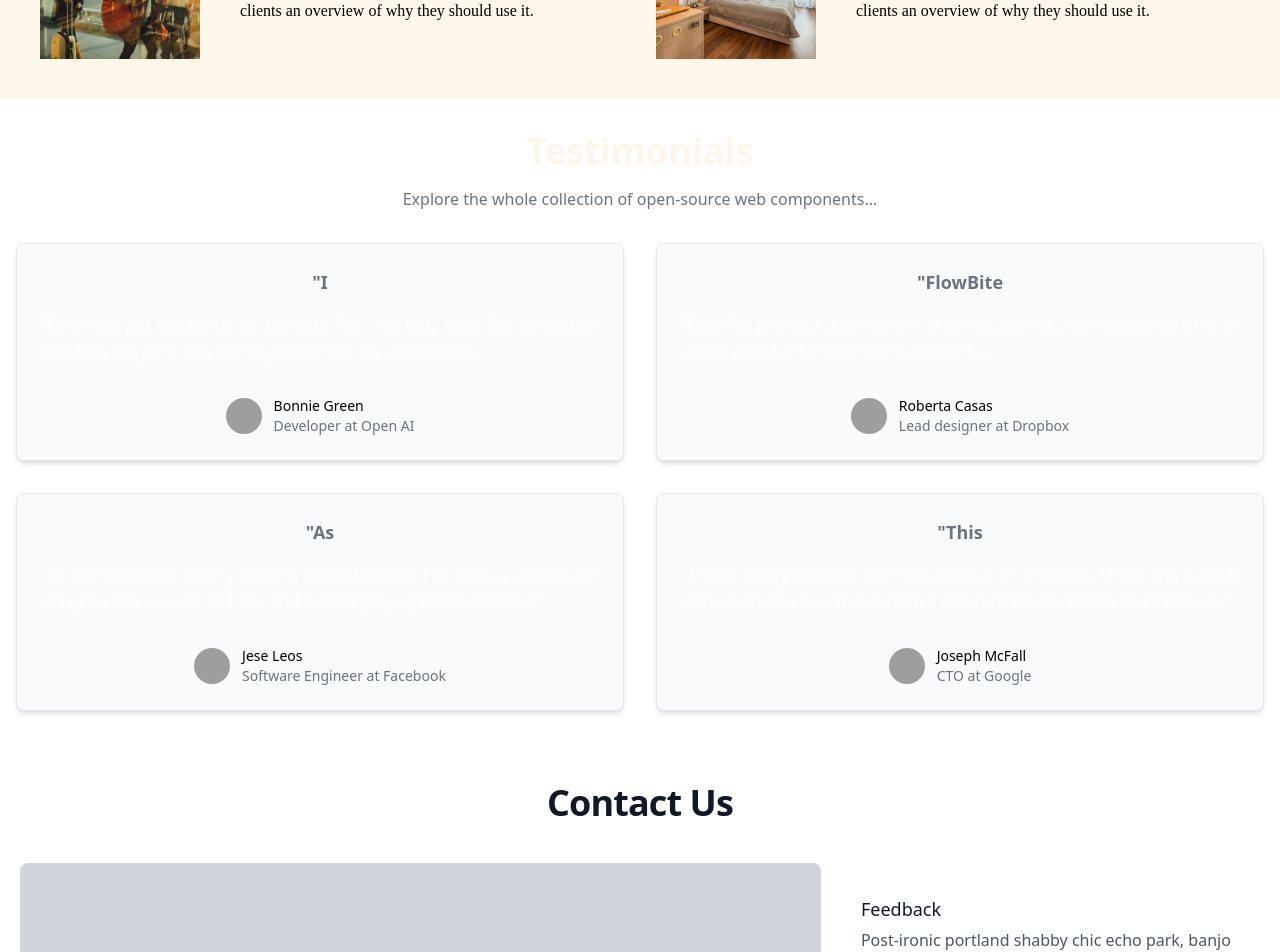
Repository: prabeshsitaula07/greatnepalholidays
Page: / (app in frontend/)
The author's editor kept a copy of each file at every save. The page is drawn from the files as they stood at one save, then again after a run of saves.
The browser window is 1280 px wide. The pictures show the part of the page from y = 3601 to 4553 px (the page is 7245 px tall).
Pictures or frames that could not be fetched are drawn as grey boxes. Some web fonts or font styles are not loaded; a fallback is used. The project was rebuilt for these pictures with package versions that can differ from the ones it lists, and the page was loaded fresh each time. Also part of the build but not shown: frontend/vite.config.ts. Imported but missing from the stored project, and not drawn on this page: frontend/src/assets/bgvideo.mp4.

Above is the page before, as saved 2024-11-23 11:25:34.

### frontend/index.html
<!doctype html>
<html lang="en">
  <head>
    <meta charset="UTF-8" />
    <link rel="icon" type="image/svg+xml" href="/icon.png" />
    <meta name="viewport" content="width=device-width, initial-scale=1.0" />
    <title>Vite + React + TS</title>
  </head>
  <body>
    <div id="root"></div>
    <script type="module" src="/src/main.tsx"></script>
  </body>
</html>

### frontend/src/index.css
@import url('https://fonts.googleapis.com/css2?family=Arima:wght@100..700&family=Parkinsans:wght@300..800&display=swap');

@tailwind base;
@tailwind components;
@tailwind utilities;

### frontend/src/App.tsx
import { BrowserRouter as Router, Routes, Route } from 'react-router-dom';
import Navbar from "./components/Navbar/Navbar";
import Home from "./components/Home/Home";
// import About from "./components/About/About"; // Example of another page
import Footer from "./components/Footer/Footer"; // Assuming you have a Footer component

export default function App() {
  return (
    <Router>
      <Navbar />  {/* Navbar is always visible */}
      <Routes>
        <Route path="/" element={<Home />} />
      </Routes>
      <Footer />
    </Router>
  );
}

### frontend/src/components/Navbar/Navbar.tsx
import { Link } from 'react-router-dom';
import { useState, useEffect } from 'react';
import { FaPhone, FaEnvelope } from 'react-icons/fa';
import logo1 from '../../assets/logo1.png';
import logo2 from '../../assets/logo2.png';

export default function Navbar() {
    const [isScrolled, setIsScrolled] = useState(false);

    // Detect scroll and update navbar background and position
    useEffect(() => {
        const handleScroll = () => {
            if (window.scrollY > 50) {
                setIsScrolled(true);  // Fix the navbar to the top when scrolled past 50px
            } else {
                setIsScrolled(false); // Keep the navbar in normal flow when at the top
            }
        };

        window.addEventListener('scroll', handleScroll);

        // Clean up the event listener on component unmount
        return () => {
            window.removeEventListener('scroll', handleScroll);
        };
    }, []);

    return (
        <>
            <div className='w-full bg-darktheme flex gap-10 px-10 py-2'>
                <span className='text-white flex items-center'>
                    <FaPhone className="mr-2" /> 0988848484
                </span>
                <span className='text-white flex items-center'>
                    <FaEnvelope className="mr-2" /> xyz@gmail.com
                </span>
            </div>

            <header
                className={`text-black body-font w-full z-20 transition-all duration-300 ${isScrolled ? 'fixed top-0 bg-white shadow-md' : 'bg-[#2f3c5ae8] text-white'}`}
            >

                <div className="container mx-auto flex flex-wrap p-5 flex-col md:flex-row items-center">
                    <div className="flex title-font font-medium items-center mb-4 md:mb-0 gap-10">
                        <Link to='/'>
                            <img src={logo1} alt="" className='h-14 w-auto' />
                        </Link>
                        <Link to='/'>
                            <img src={logo2} alt="" className='h-14 w-auto' />
                        </Link>
                    </div>
                    <nav className="md:ml-auto flex flex-wrap items-center justify-center text-lg">
                        <Link to='' className="mr-5 hover:text-orange">Home</Link>
                        <Link to='' className="mr-5 hover:text-orange">About Us</Link>
                        <Link to='' className="mr-5 hover:text-orange">Services</Link>
                        <Link to='' className="mr-5 hover:text-orange">Packages</Link>
                        <Link to='' className="mr-5 hover:text-orange">Activities</Link>
                        <Link to='' className="mr-5 hover:text-orange">Blogs</Link>
                    </nav>
                    <button className="inline-flex items-center text-primary bg-darkorange border border-darkorange py-1 px-3 focus:outline-none hover:bg-primary text-lg hover:text-darkorange rounded mt-4 md:mt-0">
                        Download Visa CheckList
                    </button>
                </div>
            </header>
        </>
    );
}

### frontend/src/components/Home/Home.tsx
import bgvideo from '../../assets/bgvideo.mp4';
import Contact from "../Contact/Contact";
import Gallery from "../AboutUs/Gallery";
import InternationalPackage from "../Package/InternationalPackage";
import NepalPackage from "../Package/NepalPackage";
import TripHandling from '../Services/TripHandling';
import Team from "../Team/Team";
import Testimonial from "../Testimonial/Testimonial";
import Activities from '../Package/Activities';

export default function Home() {
  return (
    <>
      <div className="relative w-full h-screen">
      {/* Video Background */}
      <video
        autoPlay
        loop
        muted
        className="absolute inset-0 w-full h-full object-cover"
      >
        <source
          src={bgvideo}
          type="video/mp4"
        />
        Your browser does not support the video tag.
      </video>

      {/* Dark Overlay */}
      <div
        className="absolute inset-0 bg-black opacity-50"
        style={{ backgroundColor: 'rgba(0, 0, 0, 0.5)' }} // Adjust opacity for darkness
      ></div>

      {/* Content over the video */}
      <div className="relative z-10 flex items-center justify-center w-full h-full">
        <h1 className="text-white text-6xl font-bold">Welcome to My Website</h1>
      </div>
    </div>
      <Activities />
      <div className='bg-primary'>
      <InternationalPackage />
      </div>
      <NepalPackage />
      <TripHandling />
      <Testimonial />
      <Contact />
      <Team />
      <Gallery />

    </>
  )
}

### frontend/src/components/AboutUs/Gallery.tsx
export default function Gallery() {
  return (
 <>
 <section className="text-gray-600 body-font">
 <h2 className="mt-10 text-4xl tracking-tight font-extrabold text-gray-900 dark:text-black text-center">Gallery</h2>
  <div className="container px-5 py-24 mx-auto flex flex-wrap">
    <div className="flex w-full mb-20 flex-wrap">
      <h1 className="sm:text-3xl text-2xl font-medium title-font text-gray-900 lg:w-1/3 lg:mb-0 mb-4">Master Cleanse Reliac Heirloom</h1>
      <p className="lg:pl-6 lg:w-2/3 mx-auto leading-relaxed text-base">Whatever cardigan tote bag tumblr hexagon brooklyn asymmetrical gentrify, subway tile poke farm-to-table. Franzen you probably haven't heard of them man bun deep jianbing selfies heirloom.</p>
    </div>
    <div className="flex flex-wrap md:-m-2 -m-1">
      <div className="flex flex-wrap w-1/2">
        <div className="md:p-2 p-1 w-1/2">
          <img alt="gallery" className="w-full object-cover h-full object-center block" src="https://dummyimage.com/500x300" />
        </div>
        <div className="md:p-2 p-1 w-1/2">
          <img alt="gallery" className="w-full object-cover h-full object-center block" src="https://dummyimage.com/501x301" />
        </div>
        <div className="md:p-2 p-1 w-full">
          <img alt="gallery" className="w-full h-full object-cover object-center block" src="https://dummyimage.com/600x360" />
        </div>
      </div>
      <div className="flex flex-wrap w-1/2">
        <div className="md:p-2 p-1 w-full">
          <img alt="gallery" className="w-full h-full object-cover object-center block" src="https://dummyimage.com/601x361" />
        </div>
        <div className="md:p-2 p-1 w-1/2">
          <img alt="gallery" className="w-full object-cover h-full object-center block" src="https://dummyimage.com/502x302" />
        </div>
        <div className="md:p-2 p-1 w-1/2">
          <img alt="gallery" className="w-full object-cover h-full object-center block" src="https://dummyimage.com/503x303" />
        </div>
      </div>
    </div>
  </div>
</section>
 </>
  )
}

### frontend/src/components/Package/InternationalPackage.tsx
export default function InternationalPackage() {
  const packages = [
    { imgSrc: "https://cdn.pixabay.com/photo/2015/10/06/18/26/eiffel-tower-975004_1280.jpg", category: "CATEGORY", title: "Paris", price: "$16.00" },
    { imgSrc: "https://cdn.pixabay.com/photo/2019/04/09/05/36/england-4113666_1280.jpg", category: "CATEGORY", title: "England", price: "$21.15" },
    { imgSrc: "https://cdn.pixabay.com/photo/2023/11/16/05/02/mountains-8391433_640.jpg", category: "CATEGORY", title: "Switzerland", price: "$12.00" },
    { imgSrc: "https://cdn.pixabay.com/photo/2020/06/13/17/58/mount-everest-5295184_640.jpg", category: "CATEGORY", title: "Mt Everest", price: "$21.15" },
    { imgSrc: "https://cdn.pixabay.com/photo/2020/08/10/01/28/castle-5476737_640.jpg", category: "CATEGORY", title: "Japan", price: "$18.40" },
    { imgSrc: "https://cdn.pixabay.com/photo/2023/10/18/00/59/mountain-8322610_640.jpg", category: "CATEGORY", title: "USA", price: "$16.00" },
  ];

  return (
    <section className="text-gray-600 body-font bg-transparent">
      <h2 className="pt-10 text-4xl tracking-tight font-extrabold text-gray-900 dark:text-black text-center">
        Best Selling International Packages
      </h2>
      <h4 className="text-center text-xl text-darkorange font-semibold mt-2">
        Enjoy the exclusive package tours with us.
      </h4>
      <div className="container px-5 py-10 mx-auto">
        <div className="grid gap-6 sm:grid-cols-1 md:grid-cols-2 lg:grid-cols-3">
          {packages.map((pkg, index) => (
            <div
              key={index}
              className="hover:cursor-pointer transform transition duration-300 ease-in-out hover:scale-105 hover:shadow-lg"
            >
              <a className="block relative h-80 overflow-hidden">
                <img
                  alt={pkg.title}
                  className="object-cover object-center w-full h-full block"
                  src={pkg.imgSrc}
                />
              </a>
              <div className="p-4 border border-darkorange">
                <h3 className="text-gray-500 text-xs tracking-widest title-font mb-1">
                  {pkg.category}
                </h3>
                <h2 className="text-gray-900 title-font text-lg font-medium">
                  {pkg.title}
                </h2>
                <p className="mt-1 text-darkorange">{pkg.price}</p>
              </div>
            </div>
          ))}
        </div>
      </div>
    </section>
  );
}

### frontend/src/components/Package/NepalPackage.tsx
export default function NepalPackage() {
  const packages = [
    { imgSrc: "https://cdn.pixabay.com/photo/2015/10/06/18/26/eiffel-tower-975004_1280.jpg", category: "CATEGORY", title: "Paris", price: "$16.00" },
    { imgSrc: "https://cdn.pixabay.com/photo/2019/04/09/05/36/england-4113666_1280.jpg", category: "CATEGORY", title: "England", price: "$21.15" },
    { imgSrc: "https://cdn.pixabay.com/photo/2023/11/16/05/02/mountains-8391433_640.jpg", category: "CATEGORY", title: "Switzerland", price: "$12.00" },
  ];

  return (
    <section className="text-gray-600 body-font">
      <h2 className="pt-10 text-4xl tracking-tight font-extrabold text-gray-900 dark:text-black text-center">
        Best Selling Nepal Packages
      </h2>
      <h4 className="text-center text-xl text-darkorange font-semibold mt-2">
        Enjoy the exclusive package tours with us.
      </h4>
      <div className="container px-5 py-10 mx-auto">
        <div className="grid gap-6 sm:grid-cols-1 md:grid-cols-2 lg:grid-cols-3">
          {packages.map((pkg, index) => (
            <div
              key={index}
              className="hover:cursor-pointer transform transition duration-300 ease-in-out hover:scale-105 hover:shadow-lg"
            >
              <a className="block relative h-80 overflow-hidden">
                <img
                  alt={pkg.title}
                  className="object-cover object-center w-full h-full block"
                  src={pkg.imgSrc}
                />
              </a>
              <div className="p-4 border">
                <h3 className="text-gray-500 text-xs tracking-widest title-font mb-1">
                  {pkg.category}
                </h3>
                <h2 className="text-gray-900 title-font text-lg font-medium">
                  {pkg.title}
                </h2>
                <p className="mt-1 text-darkorange">{pkg.price}</p>
              </div>
            </div>
          ))}
        </div>
      </div>
    </section>
  );
}

### frontend/src/components/Services/TripHandling.tsx
import img2 from '../../assets/2.png';
import img3 from '../../assets/3.png';
import img4 from '../../assets/4.png';

export default function TripHandling() {
    const services = [
      { title: "Flight Booking", imgSrc: img2, description: "Share your service offerings here. Give your prospective clients an overview of why they should use it." },
      { title: "Hotel Booking", imgSrc: img2, description: "Share your service offerings here. Give your prospective clients an overview of why they should use it." },
      { title: "Car Rental", imgSrc: img3, description: "Share your service offerings here. Give your prospective clients an overview of why they should use it." },
      { title: "Tour Packages", imgSrc: img4, description: "Share your service offerings here. Give your prospective clients an overview of why they should use it." },
    ];

    return (
      <div className="bg-primary h-fit flex justify-center flex-col items-center p-10">
          <h2 className="mb-10 text-4xl tracking-tight font-extrabold text-darkorange text-center font-parkinsans">We Will Handle Trip For You</h2>
          <div className="grid grid-cols-2 gap-8">
              {services.map((service, index) => (
                <div key={index} className="flex gap-10 items-center">
                  <img className="h-40 w-40" src={service.imgSrc} alt={service.title} />
                  <div>
                      <h3 className="font-semibold pb-2 text-2xl text-black">{service.title}</h3>
                      <p className="font-parkinsans text-black">{service.description}</p>
                  </div>
                </div>
              ))}
          </div>
      </div>
    );
  }

### frontend/src/components/Testimonial/Testimonial.tsx
export default function Testimonial() {
    const testimonials = [
      {
        name: "Bonnie Green",
        title: "Developer at Open AI",
        image: "https://flowbite.s3.amazonaws.com/blocks/marketing-ui/avatars/karen-nelson.png",
        quote: `"I recently got my hands on Flowbite Pro, and holy crap, I'm speechless with how easy this was to integrate within my application..."`,
      },
      {
        name: "Roberta Casas",
        title: "Lead designer at Dropbox",
        image: "https://flowbite.s3.amazonaws.com/blocks/marketing-ui/avatars/roberta-casas.png",
        quote: `"FlowBite provides a robust set of design tokens and components based on the popular Tailwind CSS framework..."`,
      },
      {
        name: "Jese Leos",
        title: "Software Engineer at Facebook",
        image: "https://flowbite.s3.amazonaws.com/blocks/marketing-ui/avatars/jese-leos.png",
        quote: `"As someone who mainly designs in the browser, I've been a casual user of Figma, but as soon as I saw and started playing with FlowBite..."`,
      },
      {
        name: "Joseph McFall",
        title: "CTO at Google",
        image: "https://flowbite.s3.amazonaws.com/blocks/marketing-ui/avatars/joseph-mcfall.png",
        quote: `"This is a very complex and beautiful set of elements. Under the hood it comes with the best things from 2 different worlds: Figma and Tailwind..."`,
      },
    ];

    return (
      <section className="bg-white py-8 px-4 m-auto max-w-screen-xl text-center">
        <h2 className="mb-4 text-4xl font-extrabold text-primary dark:text-black">Testimonials</h2>
        <p className="mb-8 text-gray-500 dark:text-gray-400">Explore the whole collection of open-source web components...</p>
        <div className="grid gap-8 lg:grid-cols-2">
          {testimonials.map(({ name, title, image, quote }, index) => (
            <div
              key={index}
              className="flex flex-col justify-between items-center p-6 border rounded-lg bg-gray-50 shadow-md dark:bg-navbarbg dark:border-gray-700 dark:shadow-lg"
            >
              <blockquote className="mb-4 text-gray-500 dark:text-gray-400">
                <h3 className="text-lg font-semibold dark:text-primary">{quote.split(" ")[0]}</h3>
                <p className="my-4 text-justify leading-relaxed text-white">{quote}</p>
              </blockquote>
              <figcaption className="flex justify-center items-center space-x-3">
                <img className="w-9 h-9 rounded-full" src={image} alt={`${name} profile`} />
                <div className="text-left text-sm font-light dark:text-white">
                  <div>{name}</div>
                  <div className="text-sm text-gray-500 dark:text-gray-400">{title}</div>
                </div>
              </figcaption>
            </div>
          ))}
        </div>
      </section>
    );
  }

### frontend/src/components/Package/Activities.tsx
export default function Activities() {
    const packages = [
      { imgSrc: "https://cdn.pixabay.com/photo/2015/10/06/18/26/eiffel-tower-975004_1280.jpg", category: "CATEGORY", title: "Paris", price: "$16.00" },
      { imgSrc: "https://cdn.pixabay.com/photo/2019/04/09/05/36/england-4113666_1280.jpg", category: "CATEGORY", title: "England", price: "$21.15" },
      { imgSrc: "https://cdn.pixabay.com/photo/2023/11/16/05/02/mountains-8391433_640.jpg", category: "CATEGORY", title: "Switzerland", price: "$12.00" },
    ];

    return (
      <section className="text-gray-600 body-font">
        <h2 className="pt-10 text-4xl tracking-tight font-extrabold text-gray-900 dark:text-black text-center">
          Nepal Best Seller Trips
        </h2>
        <h4 className="text-center text-xl text-darkorange font-semibold mt-2">
          Popular Things to do in Nepal.
        </h4>
        <div className="container px-5 py-10 mx-auto">
          <div className="grid gap-6 sm:grid-cols-1 md:grid-cols-2 lg:grid-cols-3">
            {packages.map((pkg, index) => (
              <div
                key={index}
                className="hover:cursor-pointer transform transition duration-300 ease-in-out hover:scale-105 hover:shadow-lg"
              >
                <a className="block relative h-80 overflow-hidden">
                  <img
                    alt={pkg.title}
                    className="object-cover object-center w-full h-full block"
                    src={pkg.imgSrc}
                  />
                </a>
                <div className="p-4 border">
                  <h3 className="text-gray-500 text-xs tracking-widest title-font mb-1">
                    {pkg.category}
                  </h3>
                  <h2 className="text-gray-900 title-font text-lg font-medium">
                    {pkg.title}
                  </h2>
                  <p className="mt-1 text-darkorange">{pkg.price}</p>
                </div>
              </div>
            ))}
          </div>
        </div>
      </section>
    );
  }

Loaded but not shown: frontend/src/main.tsx (common file); frontend/tailwind.config.js (21 lines, source omitted); frontend/src/components/Footer/Footer.tsx (125 lines, source omitted); frontend/src/components/Team/Team.tsx (102 lines, source omitted); frontend/src/components/Contact/Contact.tsx (51 lines, source omitted)

After the next 4 saves:
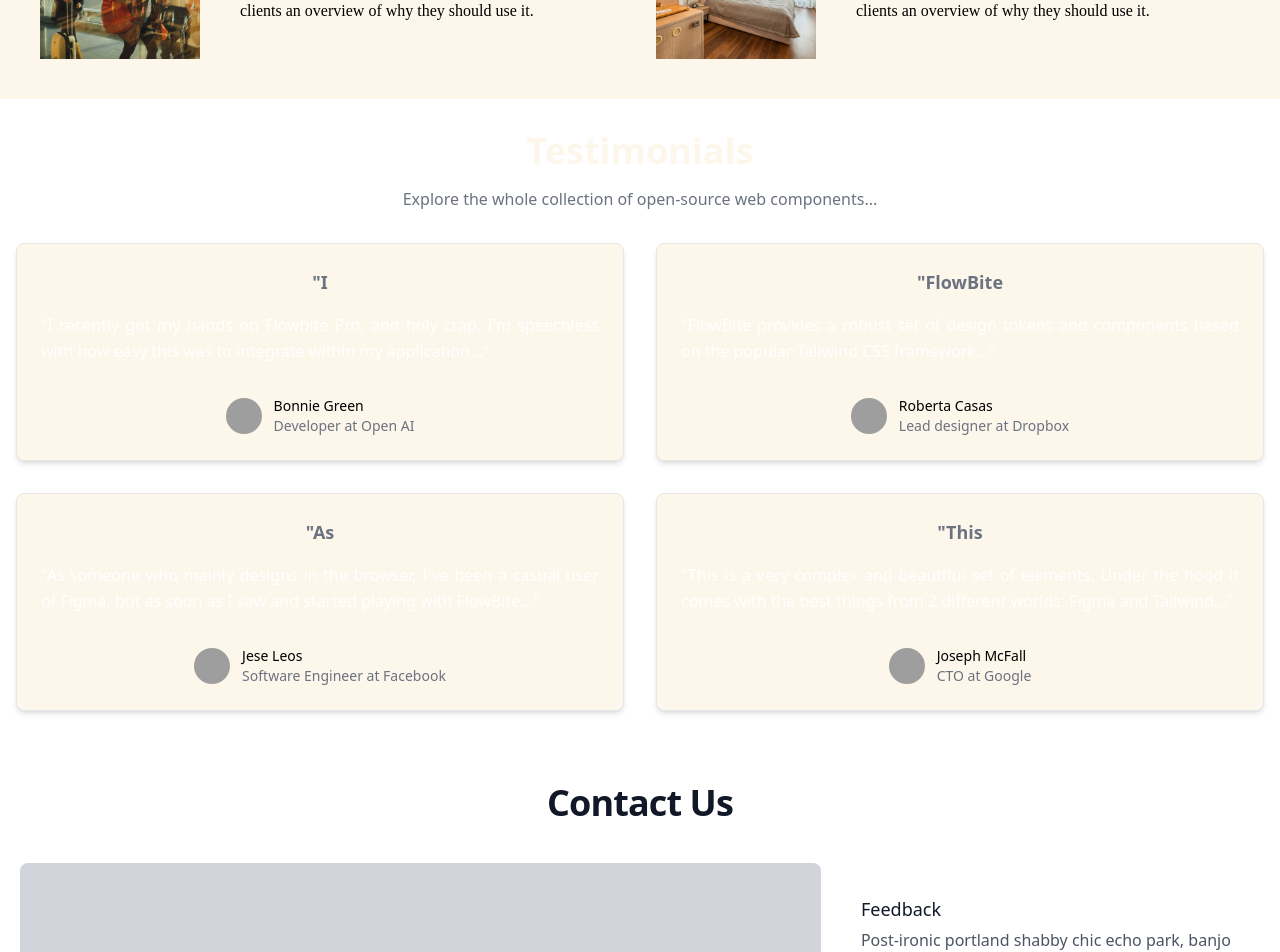
The 4 saves are shown as one change because they came seconds apart.
The last was saved 60 s later.
--- a/frontend/src/components/Testimonial/Testimonial.tsx
+++ b/frontend/src/components/Testimonial/Testimonial.tsx
@@ -34,7 +34,7 @@ export default function Testimonial() {
           {testimonials.map(({ name, title, image, quote }, index) => (
             <div
               key={index}
-              className="flex flex-col justify-between items-center p-6 border rounded-lg bg-gray-50 shadow-md dark:bg-navbarbg dark:border-gray-700 dark:shadow-lg"
+              className="flex flex-col justify-between items-center p-6 border rounded-lg shadow-md bg-primary dark:border-gray-700 dark:shadow-lg"
             >
               <blockquote className="mb-4 text-gray-500 dark:text-gray-400">
                 <h3 className="text-lg font-semibold dark:text-primary">{quote.split(" ")[0]}</h3>
